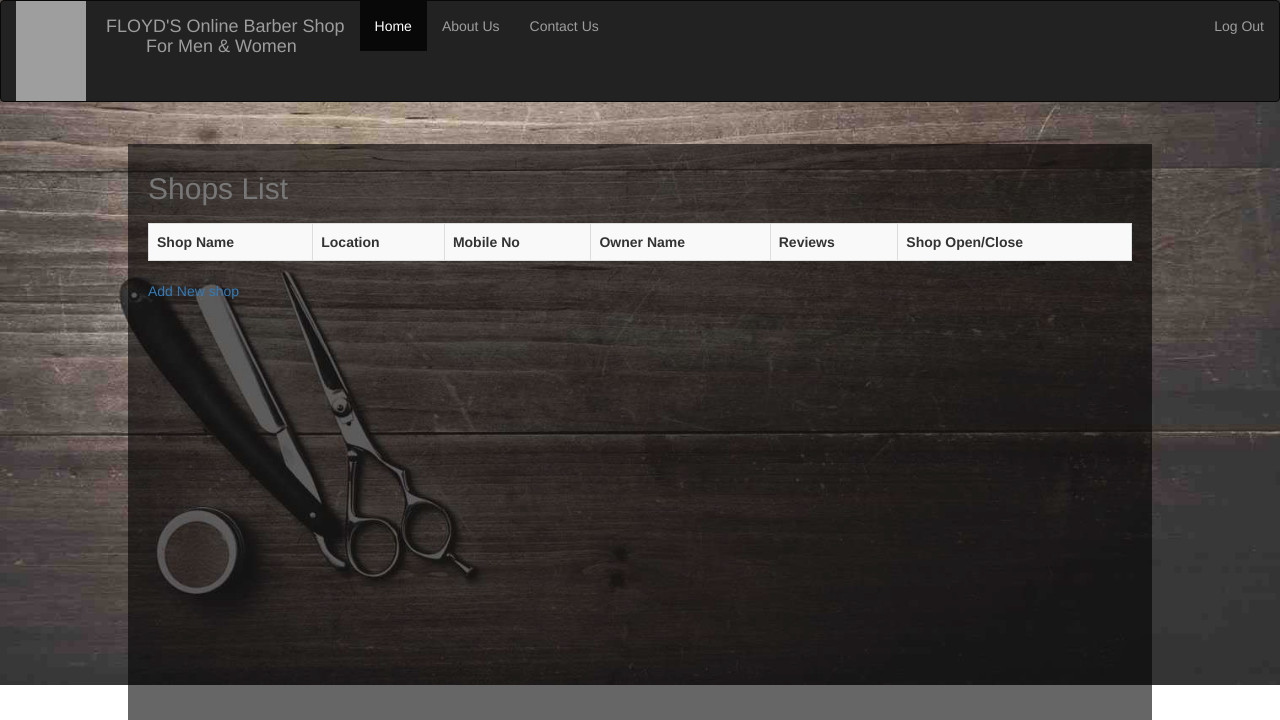
Repository: Mithil-Chavan/OnlineBarbershopManagementSystem
Page: http://localhost/OnlineBarberShop/WEB-INF/views/admin/shopsdetails.jsp
An editor plug-in stored every save of this project. The page is shown before and after the next save, followed by the edit.
The browser window is 1280 px wide. The pictures show the whole page.
The page is served by Tomcat 9. Nobody is signed in. Other server files are loaded and not shown. The template is opened directly, without the code that normally fills it, so the values that code supplies are empty.

Above is the page before, as saved 2021-03-25 06:56:41.

### OnlineBarberShop/OnlineBarberShop/src/main/webapp/WEB-INF/views/admin/shopsdetails.jsp
<%@ page language="java" contentType="text/html; charset=ISO-8859-1"
    pageEncoding="ISO-8859-1"%>

        <%@ taglib uri="http://java.sun.com/jsp/jstl/core" prefix="c"%>
<%@ taglib uri="http://www.springframework.org/tags" prefix="spring"%>
<%@ taglib uri="http://www.springframework.org/tags/form" prefix="sf"%>




<!DOCTYPE html>
<html lang="en">
<head>
  <title>Online Barber Shop</title>
  <meta charset="utf-8">
  <meta name="viewport" content="width=device-width, initial-scale=1">
  <link rel="stylesheet" href="https://maxcdn.bootstrapcdn.com/bootstrap/3.4.1/css/bootstrap.min.css">
  <script src="https://ajax.googleapis.com/ajax/libs/jquery/3.5.1/jquery.min.js"></script>
  <script src="https://maxcdn.bootstrapcdn.com/bootstrap/3.4.1/js/bootstrap.min.js"></script>
</head>
<body>
<style>
body {
	margin: 0;
	padding: 0;
	font-weight: Century Gothic;
	background: url("http://localhost:8080/Background1.jpg")no-repeat;
	background-size: cover;
	background-position: center;
	width:100%; height:650px;
}
.container{
	height: 80vh;
 	width: 80%;
	background: rgba(0, 0, 0, .6);
	position: absolute;
	top: 60%;
	left: 50%;
	transform: translate(-50%, -50%);
	padding: 0 20px;
}

.img{
	height: 140px;
	width: 100px;
	background: url("http://localhost:8080/about1.png")no-repeat;
	background-size: cover;
	background-position:center;
	border-radius: 50px;
	position: absolute;
	top: 0%;
	left: 50%;
	transform: translate(-50%, -50%);
}
.container h1{
	color: white;
	margin-top: 70px;

}
.container p{
	color: white;
	margin-top: 60px;
	font-size: large;

}
.btn{
	background: repeat;
	outline: none;
	border: 1px solid white;
	color: white;
	width: 50%;
	padding: 7px 15px;
	font_size: large;
	cursor: pointer;
	transition: 0.3s ease;
	margin-top: 50px;
}
.btn:hover{
	background: white;
	color: black;

}



</style>

<nav class="navbar navbar-inverse">
  <div class="container-fluid">
  <div class="navbar-header">
    <img src="http://localhost:8080/about1.png" width="70" height="100" alt="Bootstrappin"/>
    </div>
    <div class="navbar-header">
    <a class="navbar-brand" > &nbsp&nbsp&nbsp FLOYD'S Online Barber Shop
      <br>&nbsp&nbsp&nbsp&nbsp&nbsp&nbsp&nbsp&nbsp&nbsp&nbsp&nbsp For Men & Women</br> </a>
    </div>
    <ul class="nav navbar-nav">
      <li class="active"><a href="#">Home</a></li>
       <li><a href="/about">About Us</a></li>
      <li><a href="/contact">Contact Us</a></li>

    </ul>
    <ul class="nav navbar-nav navbar-right">
           <li><a href="<spring:url value='/user/login'/>">Log Out</a></li>
    </ul>
  </div>
</nav>

<div class="container">
 <table border="1" class="table table-striped table-bordered">

		<caption><h2>Shops List</h2></caption>
			<tr>
			<th>Shop Name </th><th>Location</th><th>Mobile No</th><th>Owner Name</th><th>Reviews</th><th>Shop Open/Close </th>
		</tr>
		<c:forEach var="s" items="${requestScope.shops_list}">
			<tr>
				<td>${s.shopName}</td>
				<td>${s.location}</td>
				<td>${s.contactNumber}</td>
				<td>${s.ownerName}</td>
				<td>${s.reviews}</td>
				<td>${s.status}</td>
				<%-- <c:forEach var="serv" items="${s.services}">
				<td>${serv.serviceName}</td>
				</c:forEach>--%>

				<td><a href="<spring:url value='/admin/delete?sid=${s.shopId}'/>">Delete</a></td>
				<td><a href="<spring:url value='/admin/update?sid=${s.shopId}'/>">Update</a></td>
			</tr>
		</c:forEach>
	</table>
	<a href="<spring:url value='/admin/register'/>">Add New shop</a>
</div>

</body>
</html>

After the next save:
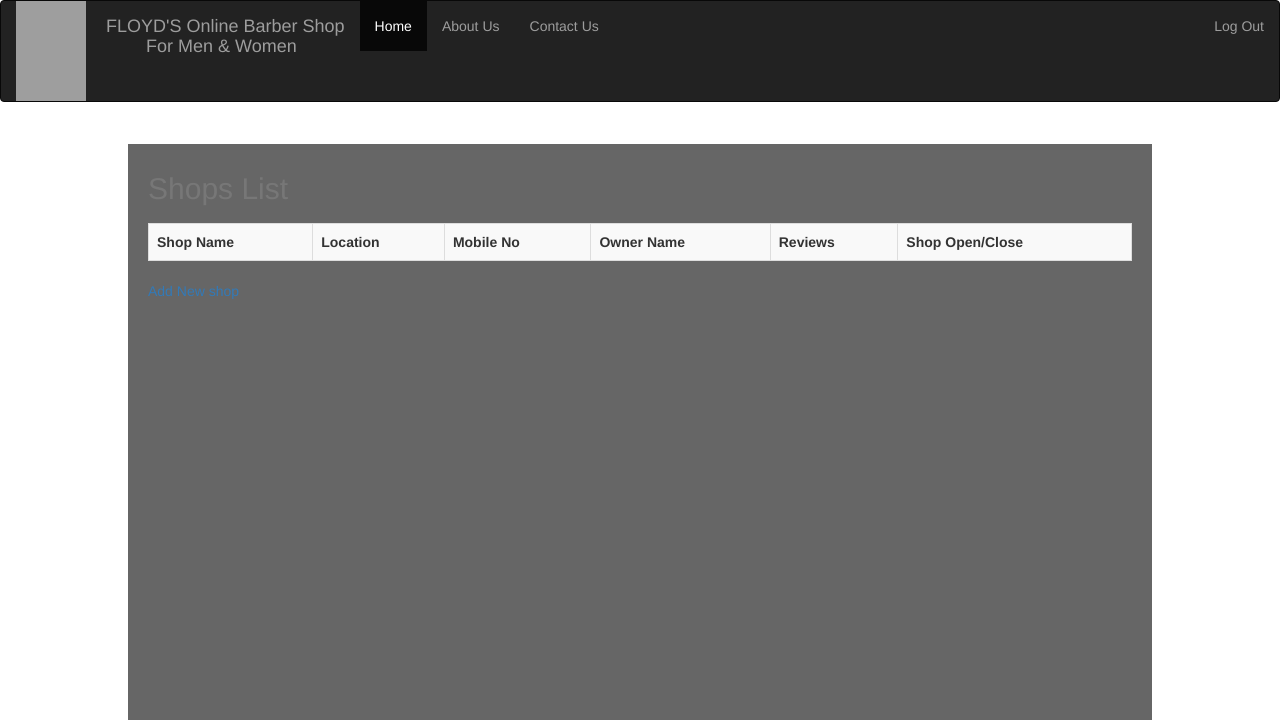
Saved 20 s later.
--- a/OnlineBarberShop/OnlineBarberShop/src/main/webapp/WEB-INF/views/admin/shopsdetails.jsp
+++ b/OnlineBarberShop/OnlineBarberShop/src/main/webapp/WEB-INF/views/admin/shopsdetails.jsp
@@ -24,8 +24,8 @@
 	margin: 0;
 	padding: 0;
 	font-weight: Century Gothic;
-	background: url("http://localhost:8080/Background1.jpg")no-repeat;
-	background-size: cover;
+	/* background: url("http://localhost:8080/Background1.jpg")no-repeat;
+	background-size: cover; */
 	background-position: center;
 	width:100%; height:650px;
 }

After the save that followed:
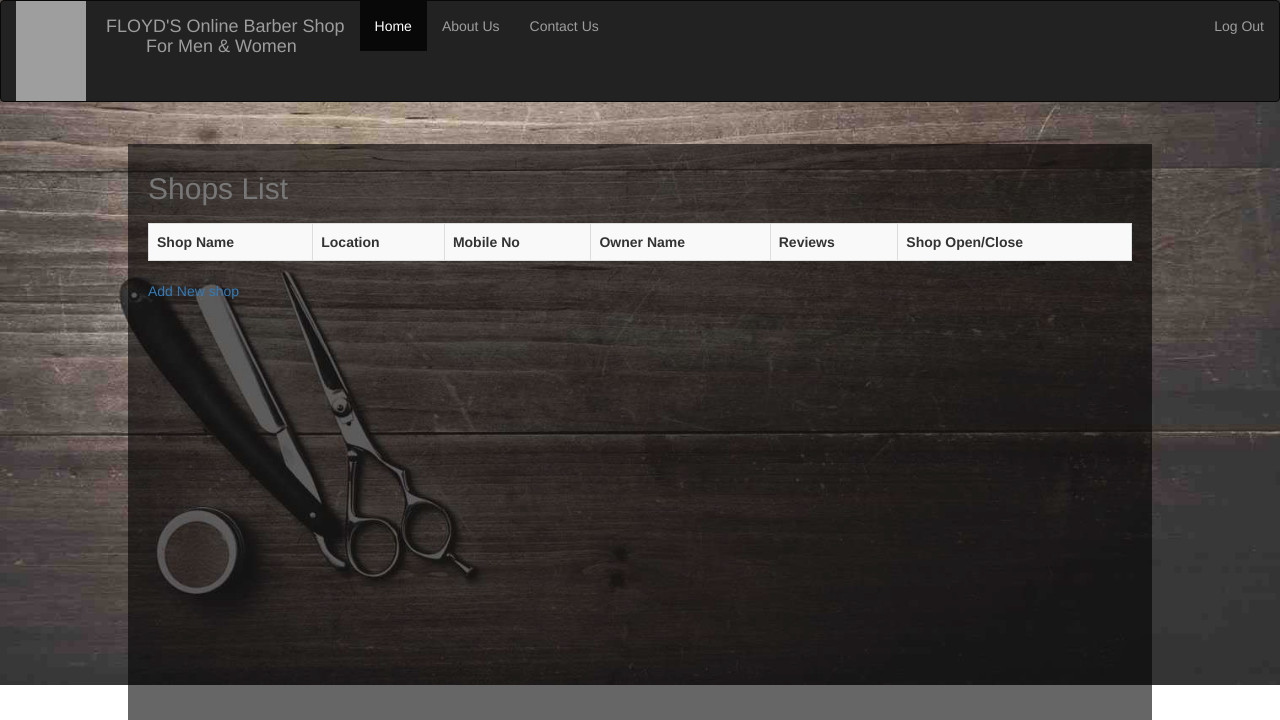
Saved 18 s later.
--- a/OnlineBarberShop/OnlineBarberShop/src/main/webapp/WEB-INF/views/admin/shopsdetails.jsp
+++ b/OnlineBarberShop/OnlineBarberShop/src/main/webapp/WEB-INF/views/admin/shopsdetails.jsp
@@ -24,8 +24,8 @@
 	margin: 0;
 	padding: 0;
 	font-weight: Century Gothic;
-	/* background: url("http://localhost:8080/Background1.jpg")no-repeat;
-	background-size: cover; */
+	 background: url("http://localhost:8080/Background1.jpg")no-repeat;
+	background-size: cover;
 	background-position: center;
 	width:100%; height:650px;
 }
